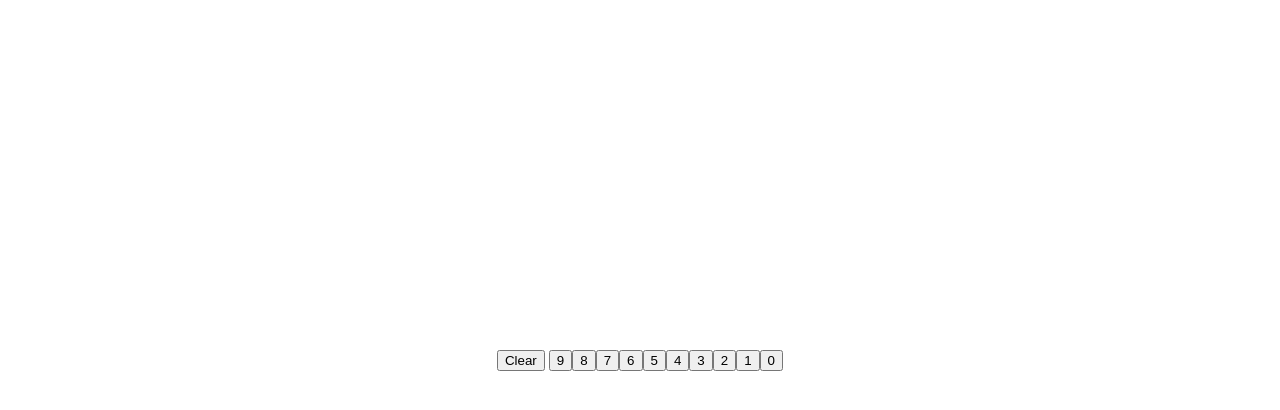
Repository: kocokoy/Calculator
Page: index.html
The author's editor kept a copy of each file at every save. The page is drawn from the files as they stood at one save, then again after the next save.
The browser window is 1280 px wide. The pictures show the whole page.

Above is the page before, as saved 2024-10-22 11:47:59.
Console error: ReferenceError: num is not defined

After the next save:
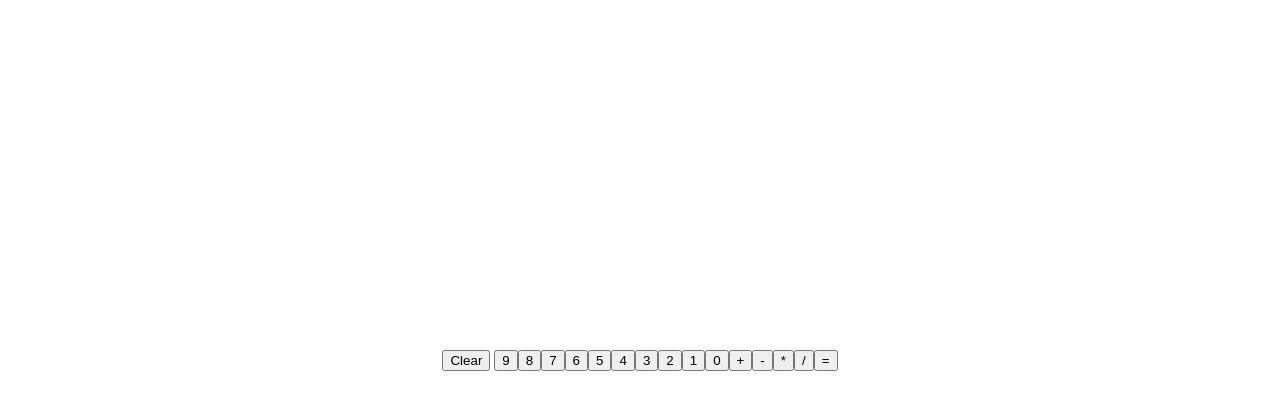
The error is gone.
Saved 8 s later.
--- a/script.js
+++ b/script.js
@@ -25,7 +25,7 @@ descendedNumber.forEach(num => {
 operatorContent.forEach(oper => {
   const button = document.createElement('button');
   button.classList.add('operator-button');
-  button.textContent = num;
+  button.textContent = oper;
   operatorContainer.appendChild(button);
   console.log(button);
 });
